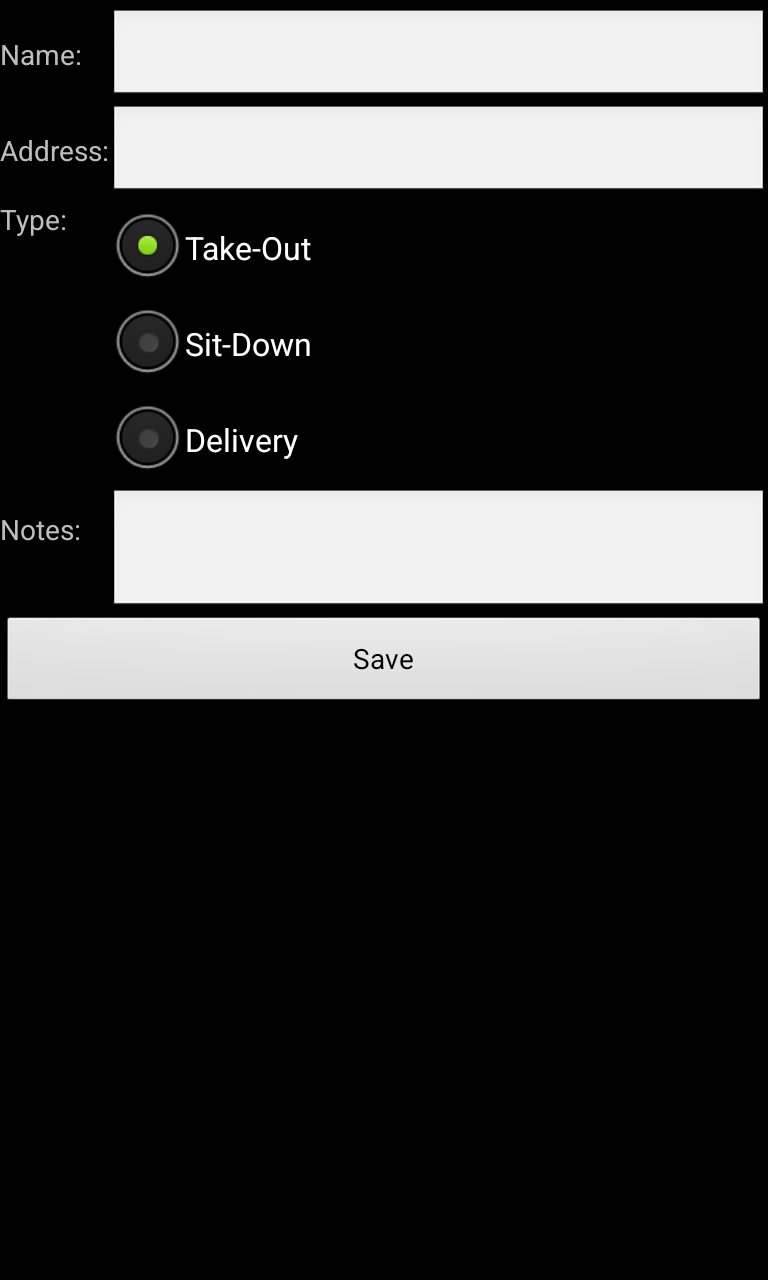
Repository: twacker/csci498android
Layout: LunchList/res/layout/detail_form.xml
An editor plug-in stored every save of this project. The layout is shown before and after the next save, followed by the edit.
It is drawn on a 768 x 1280 px phone screen (xhdpi) without system bars, with theme android:Theme; the app's code is not run.

Above is the layout before, as saved 2012-10-01 22:05:09.

### LunchList/res/layout/detail_form.xml
<?xml version="1.0" encoding="utf-8"?>
<ScrollView xmlns:android="http://schemas.android.com/apk/res/android"
    android:layout_width="match_parent"
    android:layout_height="wrap_content" >

    <TableLayout
        android:id="@+id/details"
        android:layout_width="match_parent"
        android:layout_height="wrap_content"
        android:paddingTop="4dip"
        android:shrinkColumns="1"
        android:stretchColumns="1" >

        <TableRow>

            <TextView android:text="Name:" />

            <EditText android:id="@+id/name" />
        </TableRow>

        <TableRow>

            <TextView android:text="Address:" />

            <EditText android:id="@+id/addr" />
        </TableRow>

        <TableRow>

            <TextView android:text="Type:" />

            <RadioGroup android:id="@+id/types" >

                <RadioButton
                    android:id="@+id/take_out"
                    android:checked="true"
                    android:text="Take-Out" />

                <RadioButton
                    android:id="@+id/sit_down"
                    android:text="Sit-Down" />

                <RadioButton
                    android:id="@+id/delivery"
                    android:text="Delivery" />
            </RadioGroup>
        </TableRow>

        <TableRow>

            <TextView android:text="Notes:" />

            <EditText
                android:id="@+id/notes"
                android:gravity="top"
                android:lines="2"
                android:maxLines="2"
                android:maxWidth="200sp"
                android:scrollHorizontally="false"
                android:singleLine="false" />
        </TableRow>

        <Button
            android:id="@+id/save"
            android:layout_width="match_parent"
            android:layout_height="wrap_content"
            android:text="Save" />
    </TableLayout>

</ScrollView>

After the next save:
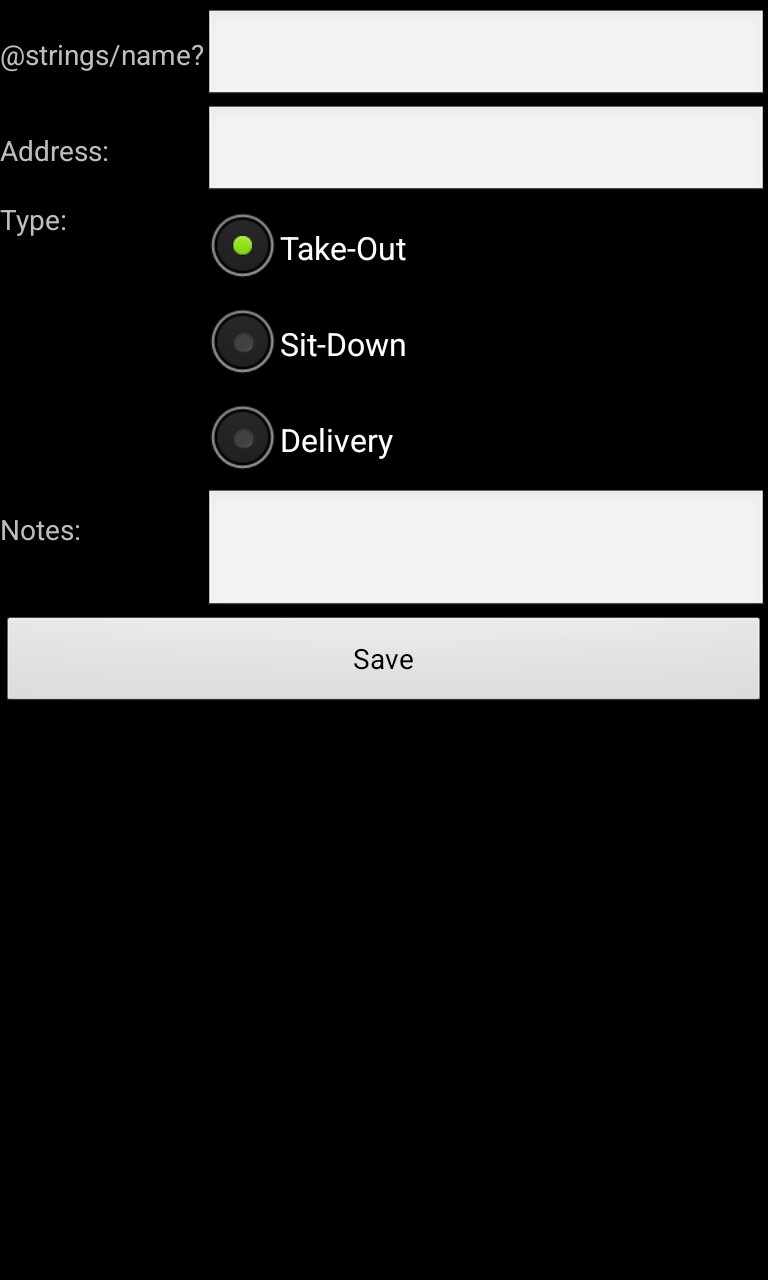
Saved 13 s later.
--- a/LunchList/res/layout/detail_form.xml
+++ b/LunchList/res/layout/detail_form.xml
@@ -13,7 +13,7 @@
 
         <TableRow>
 
-            <TextView android:text="Name:" />
+            <TextView android:text="@strings/name?" />
 
             <EditText android:id="@+id/name" />
         </TableRow>
